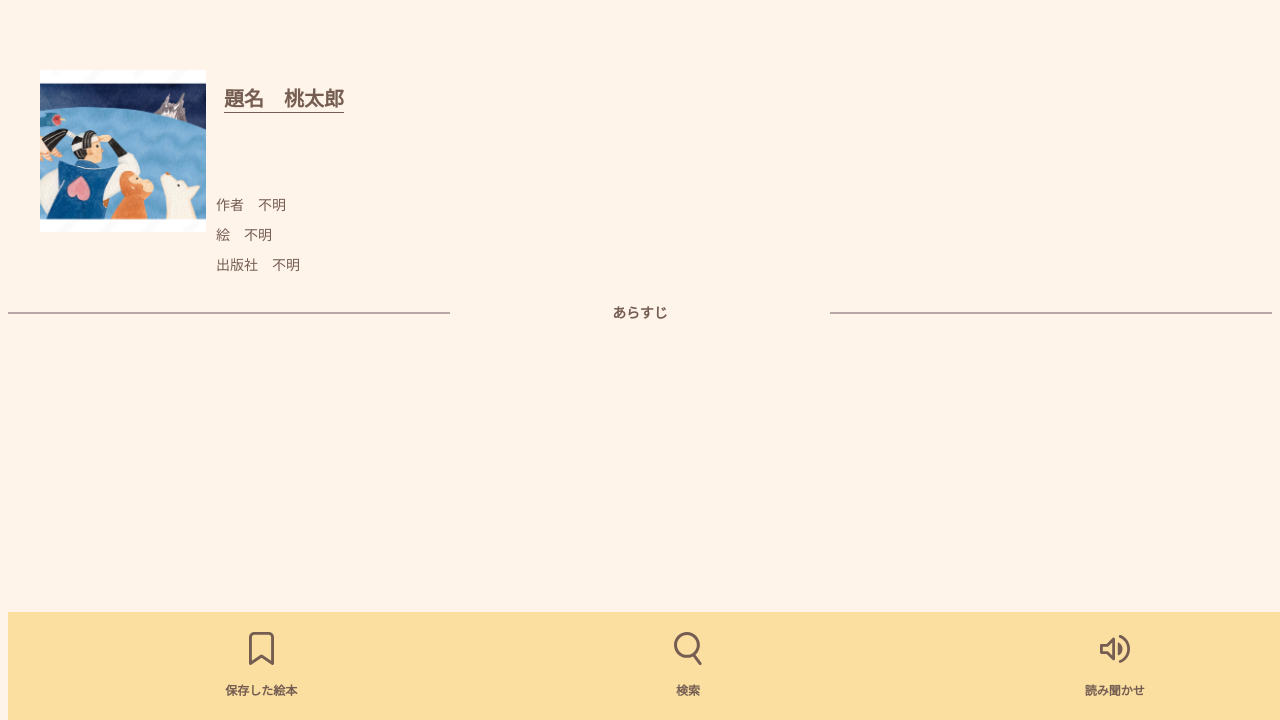
Repository: kmii12/2024-teampj
Page: /result/resultDetail/1
These files come from the project's save history. The page is drawn as it stood at one moment and after the next save; the edit follows.
The browser window is 1280 px wide. The pictures show the whole page.
The project was rebuilt for these pictures with package versions that can differ from the ones it lists, and the page was loaded fresh each time. The framework's server and built-in components were replaced by stand-ins that run in the browser. Also part of the build but not shown: next.config.mjs.

Above is the page before, as saved 2024-10-29 23:39:58.

After the next save:
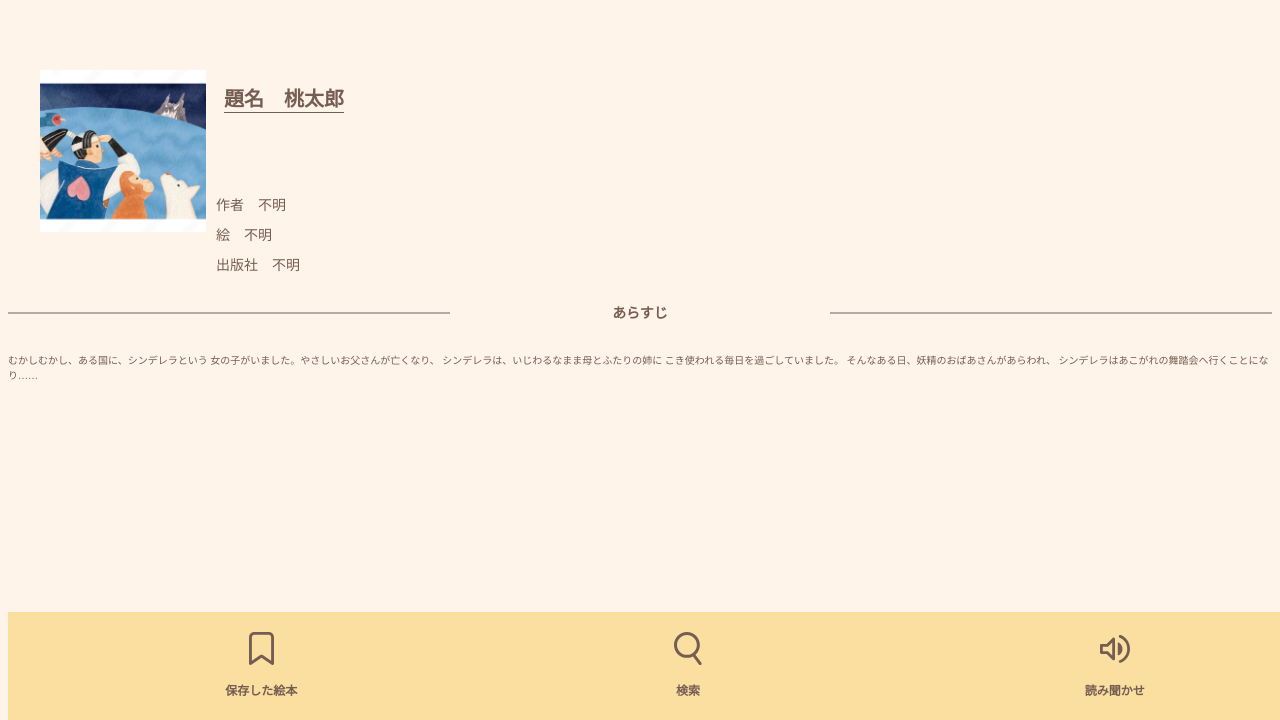
Saved 75 s later.
--- a/src/app/result/resultDetail/[id]/page.tsx
+++ b/src/app/result/resultDetail/[id]/page.tsx
@@ -149,6 +149,14 @@ const ResultDetail: React.FC = () => {
 
         <div className={detailStyles.descriptionContainer}>
           <h2 className="summary">あらすじ</h2>
+          <p className="summaryTxt">
+            むかしむかし、ある国に、シンデレラという
+            女の子がいました。やさしいお父さんが亡くなり、
+            シンデレラは、いじわるなまま母とふたりの姉に
+            こき使われる毎日を過ごしていました。
+            そんなある日、妖精のおばあさんがあらわれ、
+            シンデレラはあこがれの舞踏会へ行くことになり……
+          </p>
         </div>
       </div>
     </>
